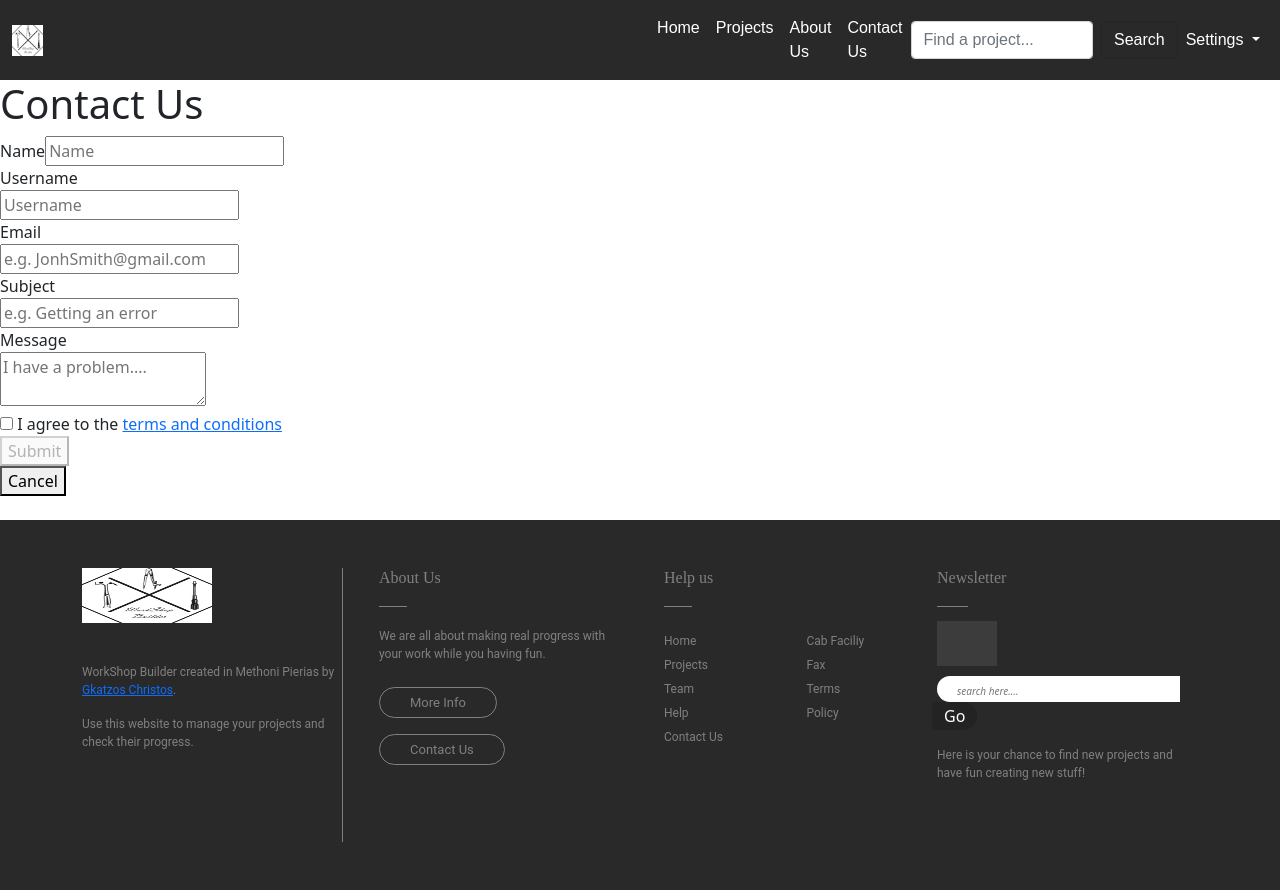
Repository: GkatzosChristos/workshop-builder-ui
Page: /contactUs (app in workshop-builder-ui/)
These files come from the project's save history. The page is drawn as it stood at one moment and after the next save; the edit follows.
The browser window is 1280 px wide. The pictures show the whole page.
The project was rebuilt for these pictures with package versions that can differ from the ones it lists, and the page was loaded fresh each time. Also part of the build but not shown: workshop-builder-ui/angular.json, workshop-builder-ui/src/app/about-us/about-us.component.ts, workshop-builder-ui/src/app/home/home.component.ts, workshop-builder-ui/src/app/project/project.component.ts.

Above is the page before, as saved 2021-08-27 17:09:20.

After the next save:
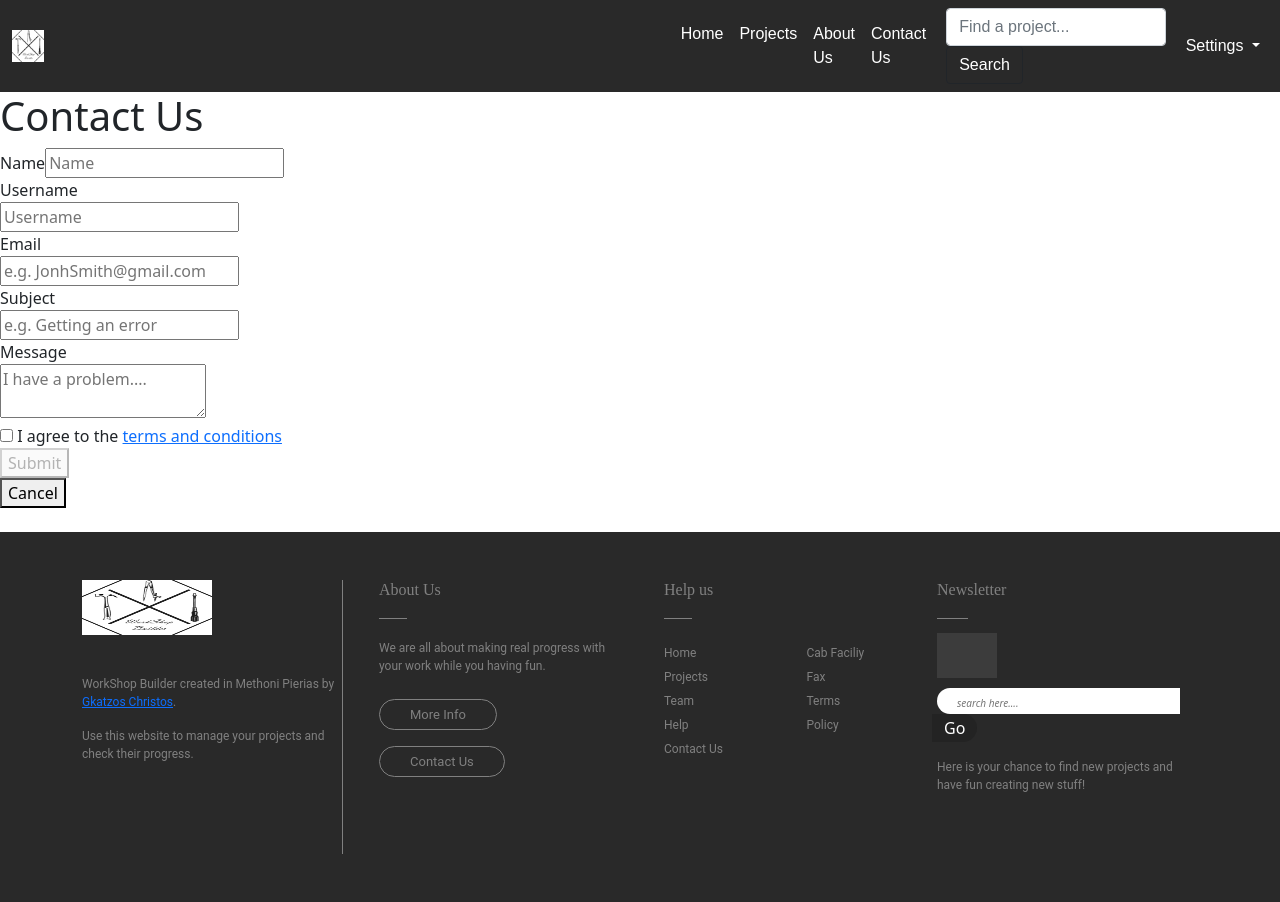
Saved 83 s later.
--- a/workshop-builder-ui/src/app/header/header.component.html
+++ b/workshop-builder-ui/src/app/header/header.component.html
@@ -23,7 +23,7 @@
                         <a class="nav-link text-white" routerLink="/contactUs">Contact Us</a>
                     </li>
                 </ul>
-                <form class="d-flex">
+                <form class="container-fluid">
                     <input class="form-control me-2" type="text" placeholder="Find a project...">
                     <a class="btn btn-outline-dark text-white">Search</a>
                 </form>
